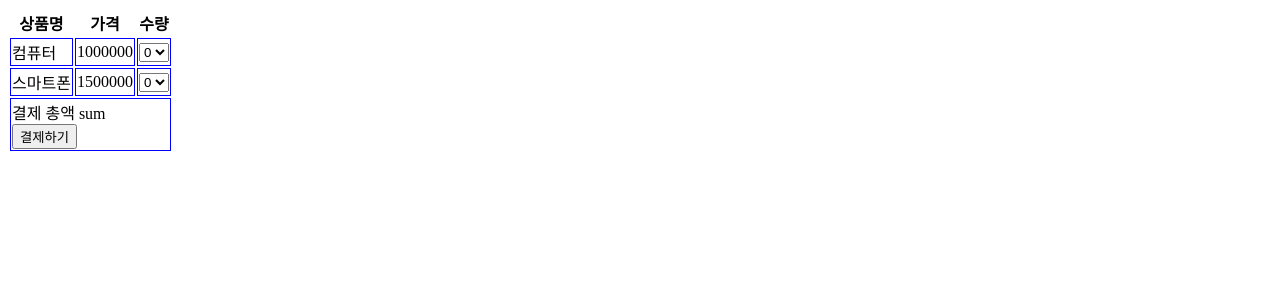
Repository: to-flatwhite1/JSP
Page: http://localhost/JSP08/
An editor plug-in stored every save of this project. The page is shown before and after the next save, followed by the edit.
The browser window is 1280 px wide. The pictures show the whole page.
The page is served by Tomcat 9.

Above is the page before, as saved 2024-05-16 05:48:15.

### JSP08/src/main/webapp/index.jsp
<%@ page language="java" contentType="text/html; charset=utf-8"
    pageEncoding="utf-8"%>
<!DOCTYPE html>
<html>
	<head>
		<meta charset="utf-8">
		<title>데이터 전송 실습</title>
	</head>
	<style>
	</style>
	<body>
		<table>
			<tr>
				<th>상품명</th>
				<th>가격</th>
				<th>수량</th>
			</tr>
			<tr>
				<td>컴퓨터</td>
				<td>1000000</td>
				<td>
					<form>
					<select>
						<option>0</option>
						<option>1</option>
						<option>2</option>
						<option>3</option>
					</select>
					</form>
				</td>
			</tr>
			<tr>
				<td>스마트폰</td>
				<td>1500000</td>
				<td><form><select>
						<option>0</option>
						<option>1</option>
						<option>2</option>
						<option>3</option>
					</select></form>
				</td>
			</tr>
			<tr>
				<td colspan="3" rowspan="3">결제 총액
				sum
				<form>
				<input type="submit" value="결제하기">
				</form>
				</td>
			</tr>
		</table>
		<script>
		let tds=document.getElementsByTagName("td")
		for(let i=0; i<tds.length; i++){
					tds[i].setAttribute("style","border:1px solid blue");
				}
		</script>
	</body>
</html>

After the next save:
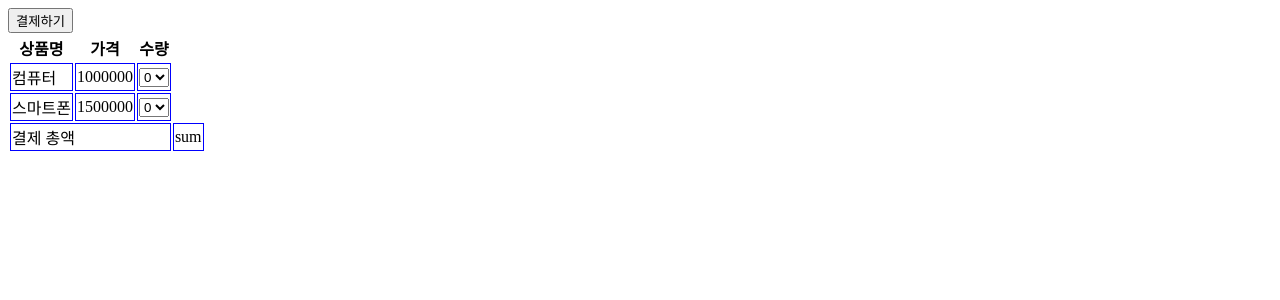
Saved 12 s later.
--- a/JSP08/src/main/webapp/index.jsp
+++ b/JSP08/src/main/webapp/index.jsp
@@ -42,7 +42,7 @@
 			</tr>
 			<tr>
 				<td colspan="3" rowspan="3">결제 총액
-				sum
+				<td>sum</td>
 				<form>
 				<input type="submit" value="결제하기">
 				</form>

After the save that followed:
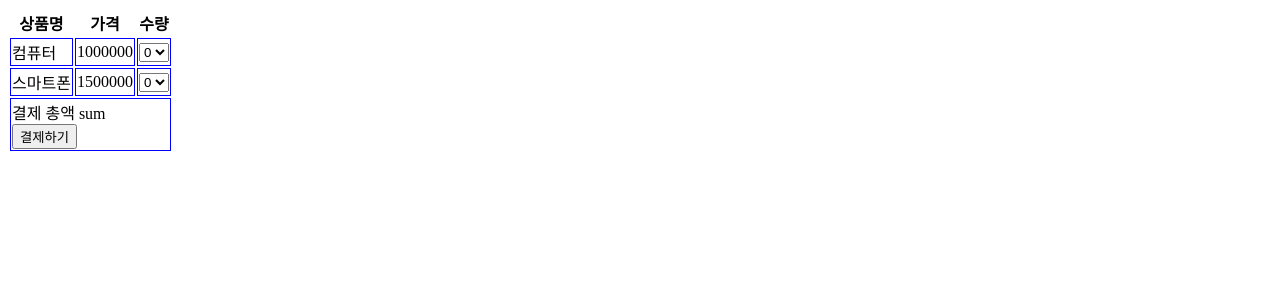
Saved 8 s later.
--- a/JSP08/src/main/webapp/index.jsp
+++ b/JSP08/src/main/webapp/index.jsp
@@ -42,7 +42,7 @@
 			</tr>
 			<tr>
 				<td colspan="3" rowspan="3">결제 총액
-				<td>sum</td>
+				sum
 				<form>
 				<input type="submit" value="결제하기">
 				</form>
